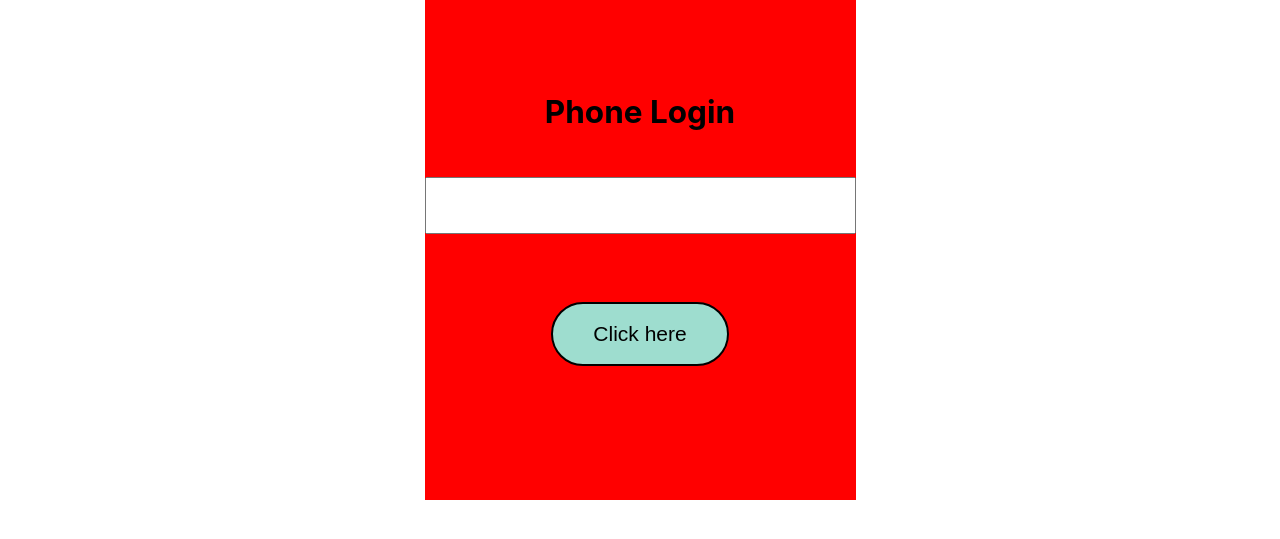
Repository: Rubin78/login-verification
Page: /
The author's editor kept a copy of each file at every save. The page is drawn from the files as they stood at one save, then again after the next save.
The browser window is 1280 px wide. The pictures show the whole page.
The project was rebuilt for these pictures with package versions that can differ from the ones it lists, and the page was loaded fresh each time.

Above is the page before, as saved 2021-02-16 02:00:53.

### src/App.js
import React, { Component, label } from "react";
import "./App.css";
import firebase from "./firebase";

export default class App extends Component {
  constructor(props) {
    super(props);

    this.state = {
      phoneNumber: null,
    };
  }

  //   setUpRecaptcha = () =>{
  // window.recaptchaVerifier = new firebase.auth.RecaptchaVerifier(
  //   "sign-in-button",
  //   {
  //     size: "invisible",
  //     callback: (response) => {
  //       // reCAPTCHA solved, allow signInWithPhoneNumber.
  //       this.onSignInSubmit();
  //     },
  //   }
  // );

  //   };

  //   onSignInSubmit = (event) => {
  // event.preventDefault();
  //     const phoneNumber = "+918369696578";
  //     const appVerifier = window.recaptchaVerifier;
  //     firebase
  //       .auth()
  //       .signInWithPhoneNumber(phoneNumber, appVerifier)
  //       .then((confirmationResult) => {
  // SMS sent. Prompt user to type the code from the message, then sign the
  // user in with confirmationResult.confirm(code).
  // window.confirmationResult = confirmationResult;
  // ...
  // })
  // .catch((error) => {
  // Error; SMS not sent
  // ...
  //     });
  // }

  handleClick = (e) => {
    e.preventDefault();
    const { phoneNumber } = this.state;
    const phoneNumber_countryCode = `+91${phoneNumber}`;
    console.log(phoneNumber_countryCode);
    let recaptcha = new firebase.auth.RecaptchaVerifier("recaptcha");
    let number = phoneNumber_countryCode;
    firebase
      .auth()
      .signInWithPhoneNumber(number, recaptcha)
      .then(function (e) {
        let code = prompt("enter otp", "");
        if (code == null) return;
        e.confirm(code)
          .then(function (result) {
            console.log(result.user, "user");
            document.querySelector("label").textContent =
              result.user.phoneNumber + "Number Verified";
          })
          .catch((error) => {
            console.log(error);
          });
      });
  };

  render() {
    const { phoneNumber } = this.state;
    return (
      <div className="container">
        <div className="row justify-content-center align-item-center form-text">
          <div className="col-sm-6 text-left">
            <h2>Phone Login</h2>
          </div>
          <form onSubmit={this.handleClick}>
            <div id="recaptcha"></div>
            <br />

            <input
              type="tel"
              pattern="[789][0-9]{9}"
              value={phoneNumber}
              onChange={(e) => {
                this.setState({
                  phoneNumber: e.target.value,
                });
              }}
            />
            <br />
            <div className="button-content">
            <input type="submit" value="Click here" /></div>
          </form>
        </div>
        {/* <div className="container">

<div className="row justify-content-center align-item-center">

<div className="col-sm-6 text-left">
  <h2>Phone Login</h2>
  </div>
<form onSubmit={this.onSignInSubmit}>
  <div className="form-group">
    <label for ="exampleInputEmail1">phone number</label>
    <input type="number" className="form-control" />
    </div>

    <button type="submit" className="btn btn-primary">submit</button>
    </form>
  </div>
  </div> */}
      </div>
    );
  }
}

### src/App.css
.App {
  text-align: center;
}
.container{
  display: flex;
  justify-content: center;
  align-items: center;
  flex: 1;
}
.App-logo {
  height: 40vmin;
  pointer-events: none;
}

@media (prefers-reduced-motion: no-preference) {
  .App-logo {
    animation: App-logo-spin infinite 20s linear;
  }
}
input[type="tel"] {
    padding: 12px 46px;
    font-size: 25px;
    font-weight: bolder;
}
.col-sm-6.text-left {
    display: flex;
    justify-content: center;
    align-items: center;
    font-size: 21px;
}

.button-content{
  height: 200px;
  background-color: red;
  display: flex;
  justify-content: center;
  align-items: center;
}
.form-text{

  height: 500px;
  background-color: red;
  display: flex;
  justify-content: center;
  align-content: center;
  flex-direction: column;
}
input[type="submit"] {
    padding: 18px 40px;
    font-size: 21px;
    border-radius: 37px;
    background: #9eddcf;
    border-color: orange;
    border: 2px solid;
}

user agent stylesheet

.App-header {
  background-color: #282c34;
  min-height: 100vh;
  display: flex;
  flex-direction: column;
  align-items: center;
  justify-content: center;
  font-size: calc(10px + 2vmin);
  color: white;
}

.App-link {
  color: #61dafb;
}

@keyframes App-logo-spin {
  from {
    transform: rotate(0deg);
  }
  to {
    transform: rotate(360deg);
  }
}

### src/firebase.js
import firebase from "firebase";
import "firebase/auth";



// Your web app's Firebase configuration
var firebaseConfig = {
  apiKey: "AIzaSyCPzRnaARKqxbz7v2rWT2UkPVg2Tu1pzO8",
  authDomain: "phone-login-2db6e.firebaseapp.com",
  projectId: "phone-login-2db6e",
  storageBucket: "phone-login-2db6e.appspot.com",
  messagingSenderId: "683632220759",
  appId: "1:683632220759:web:e58cc6ba32dc476c8a2112",
};
// Initialize Firebase
firebase.initializeApp(firebaseConfig);

export default firebase;

Loaded but not shown: public/index.html (common file); src/index.js (common file); src/index.css (common file); src/reportWebVitals.js (common file)

After the next save:
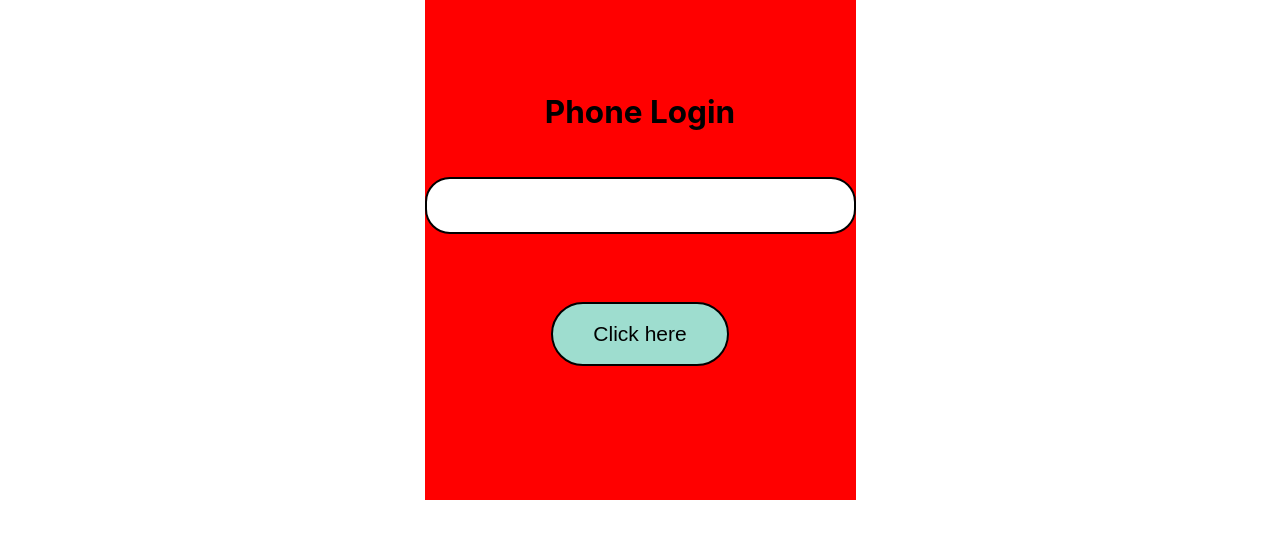
Saved 84 s later.
--- a/src/App.css
+++ b/src/App.css
@@ -21,6 +21,8 @@ input[type="tel"] {
     padding: 12px 46px;
     font-size: 25px;
     font-weight: bolder;
+        border-radius: 25px;
+    border: 2px solid black;
 }
 .col-sm-6.text-left {
     display: flex;
